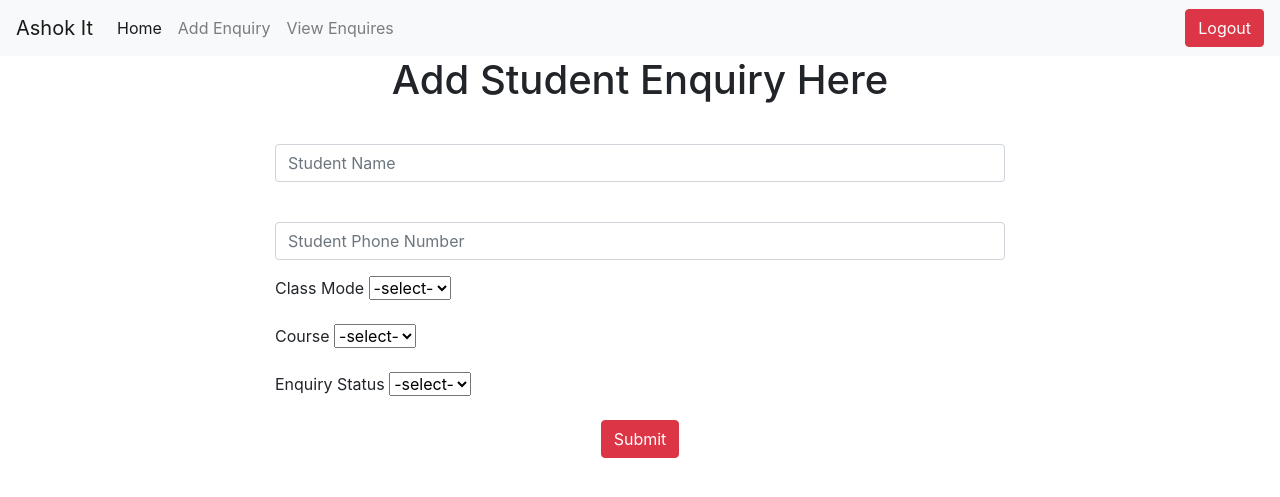
Repository: davidroshan/JRTP
Page: http://localhost/add-enquiry
The author's editor kept a copy of each file at every save. The page is drawn from the files as they stood at one save, then again after the next save.
The browser window is 1280 px wide. The pictures show the whole page.
The page is this project's Thymeleaf template; nobody is signed in. The template is opened directly, without the code that normally fills it, so the values that code supplies are empty.

Above is the page before, as saved 2023-04-25 17:44:35.

After the next save:
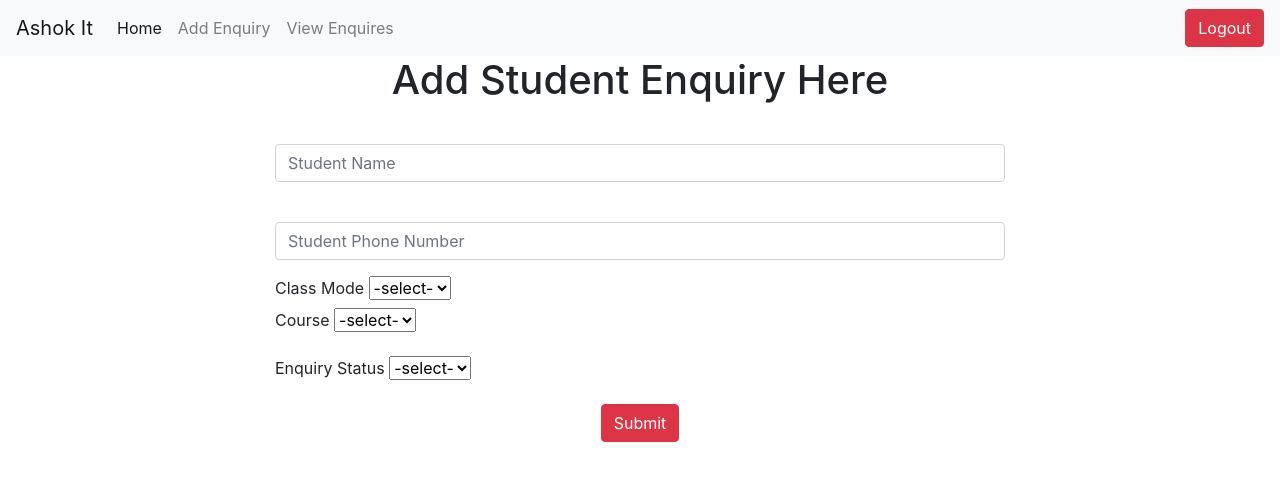
Saved 108 s later.
--- a/Front_Office_Team_Portal/src/main/resources/templates/add-enquiry.html
+++ b/Front_Office_Team_Portal/src/main/resources/templates/add-enquiry.html
@@ -105,7 +105,7 @@
 
 
                            <!-- password field -->
-                            <div class="form-group">
+                            <div class="form-otline">
                            <label for="form2">Class Mode</label>
                                  <select id="form2" class="form-select">
                                     <option value="">-select-</option>
